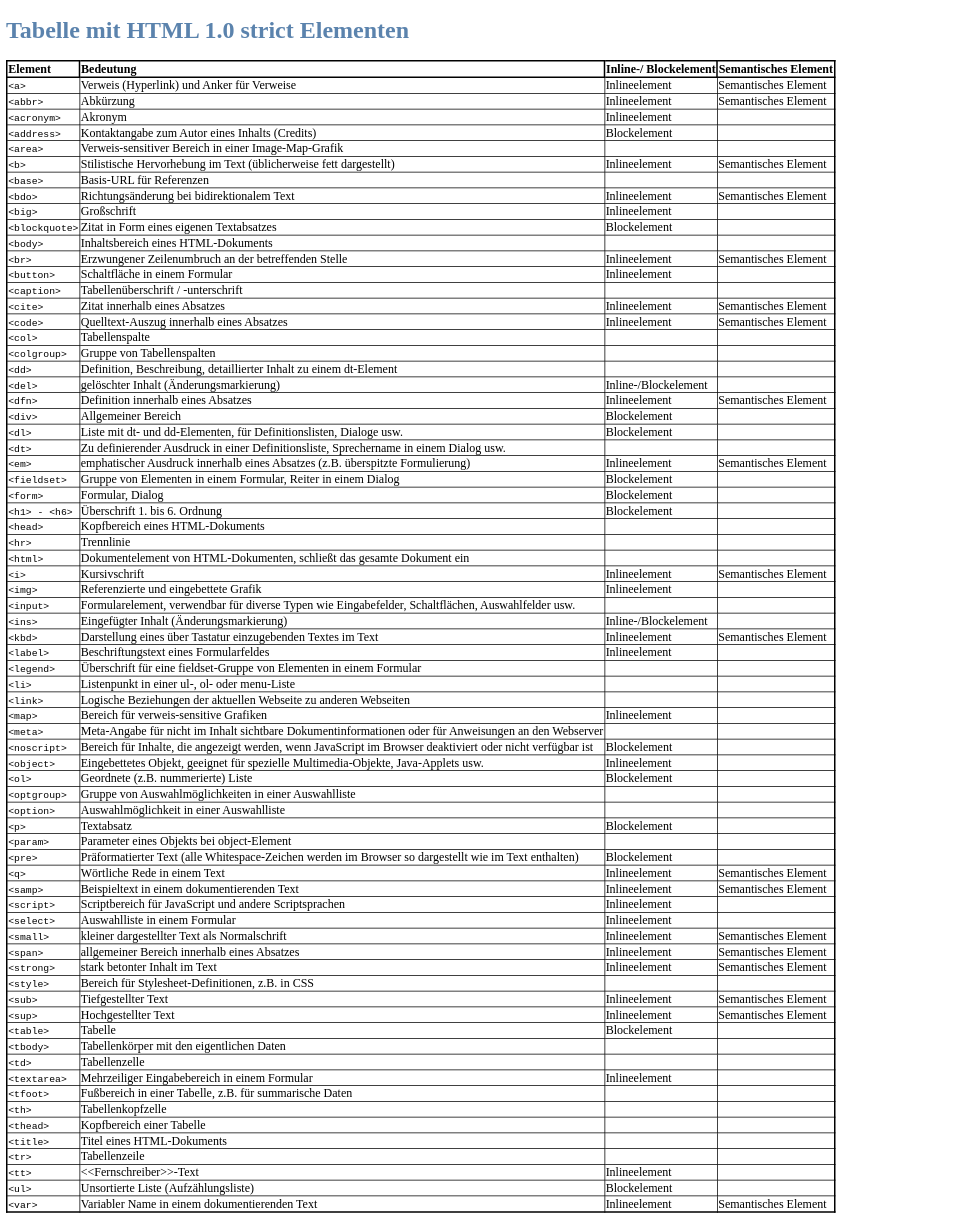
Repository: pLurchi/MyWebengineeringRepo
Page: RemoteSystemsTempFiles/HA-Kapitel06/WebContent/index.html
These files come from the project's save history. The page is drawn as it stood at one moment and after the next save; the edit follows.
The browser window is 1280 px wide. The pictures show the whole page, at 75% of full size.

Above is the page before, as saved 2013-11-28 19:13:21.

### RemoteSystemsTempFiles/HA-Kapitel06/WebContent/index.html
<?xml version="1.0" encoding="UTF-8" ?>
<!DOCTYPE html PUBLIC "-//W3C//DTD XHTML 1.0 Strict//EN" "http://www.w3.org/TR/xhtml1/DTD/xhtml1-strict.dtd">
<html xmlns="http://www.w3.org/1999/xhtml">
<head>
<meta http-equiv="Content-Type" content="text/html; charset=UTF-8" />
<link type="text/css" rel="stylesheet" href="CSS/stylesheet.css" />

<title>HA-Kapitel06</title>
</head>
<body>

	<h1>Tabelle mit HTML 1.0 strict Elementen</h1>

	<table class="wiki-content-table">
		<colgroup>
    		<col width="1*">
    		<col width="3*">
    		<col width="1*">
		    <col width="1*">
  		</colgroup>
		<tr>
			<th>Element</th>
			<th>Bedeutung</th>
			<th>Inline-/ Blockelement</th>
			<th>Semantisches Element</th>
		</tr>

		<tr>
			<td><tt>&lt;a&gt;</tt></td>
			<td>Verweis (Hyperlink) und Anker für Verweise</td>
			<td>Inlineelement</td>
			<td>Semantisches Element</td>
		</tr>
		<tr>
			<td><tt>&lt;abbr&gt;</tt></td>
			<td>Abkürzung</td>
			<td>Inlineelement</td>
			<td>Semantisches Element</td>
		</tr>
		<tr>
			<td><tt>&lt;acronym&gt;</tt></td>
			<td>Akronym</td>
			<td>Inlineelement</td>
			<td></td>
		</tr>
		<tr>
			<td><tt>&lt;address&gt;</tt></td>
			<td>Kontaktangabe zum Autor eines Inhalts (Credits)</td>
			<td>Blockelement</td>
			<td></td>
		</tr>
		<tr>
			<td><tt>&lt;area&gt;</tt></td>
			<td>Verweis-sensitiver Bereich in einer Image-Map-Grafik</td>
			<td></td>
			<td></td>
		</tr>
		<tr>
			<td><tt>&lt;b&gt;</tt></td>
			<td>Stilistische Hervorhebung im Text (üblicherweise fett dargestellt)</td>
			<td>Inlineelement</td>
			<td>Semantisches Element</td>
		</tr>
		<tr>
			<td><tt>&lt;base&gt;</tt></td>
			<td>Basis-URL für Referenzen</td>
			<td></td>
			<td></td>
		</tr>
		<tr>
			<td><tt>&lt;bdo&gt;</tt></td>
			<td>Richtungsänderung bei bidirektionalem Text</td>
			<td>Inlineelement</td>
			<td>Semantisches Element</td>
		</tr>
		<tr>
			<td><tt>&lt;big&gt;</tt></td>
			<td>Großschrift</td>
			<td>Inlineelement</td>
			<td></td>
		</tr>
		<tr>
			<td><tt>&lt;blockquote&gt;</tt></td>
			<td>Zitat in Form eines eigenen Textabsatzes</td>
			<td>Blockelement</td>
			<td></td>
		</tr>
		<tr>
			<td><tt>&lt;body&gt;</tt></td>
			<td>Inhaltsbereich eines HTML-Dokuments</td>
			<td></td>
			<td></td>
		</tr>
		<tr>
			<td><tt>&lt;br&gt;</tt></td>
			<td>Erzwungener Zeilenumbruch an der betreffenden Stelle</td>
			<td>Inlineelement</td>
			<td>Semantisches Element</td>
		</tr>
		<tr>
			<td><tt>&lt;button&gt;</tt></td>
			<td>Schaltfläche in einem Formular</td>
			<td>Inlineelement</td>
			<td></td>
		</tr>
		<tr>
			<td><tt>&lt;caption&gt;</tt></td>
			<td>Tabellenüberschrift / -unterschrift</td>
			<td></td>
			<td></td>
		</tr>
		<tr>
			<td><tt>&lt;cite&gt;</tt></td>
			<td>Zitat innerhalb eines Absatzes</td>
			<td>Inlineelement</td>
			<td>Semantisches Element</td>
		</tr>
		<tr>
			<td><tt>&lt;code&gt;</tt></td>
			<td>Quelltext-Auszug innerhalb eines Absatzes</td>
			<td>Inlineelement</td>
			<td>Semantisches Element</td>
		</tr>
		<tr>
			<td><tt>&lt;col&gt;</tt></td>
			<td>Tabellenspalte</td>
			<td></td>
			<td></td>
		</tr>
		<tr>
			<td><tt>&lt;colgroup&gt;</tt></td>
			<td>Gruppe von Tabellenspalten</td>
			<td></td>
			<td></td>
		</tr>
		<tr>
			<td><tt>&lt;dd&gt;</tt></td>
			<td>Definition, Beschreibung, detaillierter Inhalt zu einem dt-Element</td>
			<td></td>
			<td></td>
		</tr>
		<tr>
			<td><tt>&lt;del&gt;</tt></td>
			<td>gelöschter Inhalt (Änderungsmarkierung)</td>
			<td>Inline-/Blockelement</td>
			<td></td>
		</tr>
		<tr>
			<td><tt>&lt;dfn&gt;</tt></td>
			<td>Definition innerhalb eines Absatzes</td>
			<td>Inlineelement</td>
			<td>Semantisches Element</td>
		</tr>
		<tr>
			<td><tt>&lt;div&gt;</tt></td>
			<td>Allgemeiner Bereich</td>
			<td>Blockelement</td>
			<td></td>
		</tr>
		<tr>
			<td><tt>&lt;dl&gt;</tt></td>
			<td>Liste mit dt- und dd-Elementen, für Definitionslisten, Dialoge usw.</td>
			<td>Blockelement</td>
			<td></td>
		</tr>
		<tr>
			<td><tt>&lt;dt&gt;</tt></td>
			<td>Zu definierender Ausdruck in einer Definitionsliste, Sprechername in einem Dialog usw.</td>
			<td></td>
			<td></td>
		</tr>
		<tr>
			<td><tt>&lt;em&gt;</tt></td>
			<td>emphatischer Ausdruck innerhalb eines Absatzes (z.B. überspitzte Formulierung)</td>
			<td>Inlineelement</td>
			<td>Semantisches Element</td>
		</tr>
		<tr>
			<td><tt>&lt;fieldset&gt;</tt></td>
			<td>Gruppe von Elementen in einem Formular, Reiter in einem Dialog</td>
			<td>Blockelement</td>
			<td></td>
		</tr>
		<tr>
			<td><tt>&lt;form&gt;</tt></td>
			<td>Formular, Dialog</td>
			<td>Blockelement</td>
			<td></td>
		</tr>
		<tr>
			<td><tt>&lt;h1&gt; - &lt;h6&gt;</tt></td>
			<td>Überschrift 1. bis 6. Ordnung</td>
			<td>Blockelement</td>
			<td></td>
		</tr>
		<tr>
			<td><tt>&lt;head&gt;</tt></td>
			<td>Kopfbereich eines HTML-Dokuments</td>
			<td></td>
			<td></td>
		</tr>
		<tr>
			<td><tt>&lt;hr&gt;</tt></td>
			<td>Trennlinie</td>
			<td></td>
			<td></td>
		</tr>
		<tr>
			<td><tt>&lt;html&gt;</tt></td>
			<td>Dokumentelement von HTML-Dokumenten, schließt das gesamte Dokument ein</td>
			<td></td>
			<td></td>
		</tr>
		<tr>
			<td><tt>&lt;i&gt;</tt></td>
			<td>Kursivschrift</td>
			<td>Inlineelement</td>
			<td>Semantisches Element</td>
		</tr>
		<tr>
			<td><tt>&lt;img&gt;</tt></td>
			<td>Referenzierte und eingebettete Grafik</td>
			<td>Inlineelement</td>
			<td></td>
		</tr>
		<tr>
			<td><tt>&lt;input&gt;</tt></td>
			<td>Formularelement, verwendbar für diverse Typen wie Eingabefelder, Schaltflächen, Auswahlfelder usw.</td>
			<td></td>
			<td></td>
		</tr>
		<tr>
			<td><tt>&lt;ins&gt;</tt></td>
			<td>Eingefügter Inhalt (Änderungsmarkierung)</td>
			<td>Inline-/Blockelement</td>
			<td></td>
		</tr>
		<tr>
			<td><tt>&lt;kbd&gt;</tt></td>
			<td>Darstellung eines über Tastatur einzugebenden Textes im Text</td>
			<td>Inlineelement</td>
			<td>Semantisches Element</td>
		</tr>
		<tr>
			<td><tt>&lt;label&gt;</tt></td>
			<td>Beschriftungstext eines Formularfeldes</td>
			<td>Inlineelement</td>
			<td></td>
		</tr>
		<tr>
			<td><tt>&lt;legend&gt;</tt></td>
			<td>Überschrift für eine fieldset-Gruppe von Elementen in einem Formular</td>
			<td></td>
			<td></td>
		</tr>
		<tr>
			<td><tt>&lt;li&gt;</tt></td>
			<td>Listenpunkt in einer ul-, ol- oder menu-Liste</td>
			<td></td>
			<td></td>
		</tr>
		<tr>
			<td><tt>&lt;link&gt;</tt></td>
			<td>Logische Beziehungen der aktuellen Webseite zu anderen Webseiten</td>
			<td></td>
			<td></td>
		</tr>
		<tr>
			<td><tt>&lt;map&gt;</tt></td>
			<td>Bereich für verweis-sensitive Grafiken</td>
			<td>Inlineelement</td>
			<td></td>
		</tr>
		<tr>
			<td><tt>&lt;meta&gt;</tt></td>
			<td>Meta-Angabe für nicht im Inhalt sichtbare Dokumentinformationen oder für Anweisungen an den Webserver</td>
			<td></td>
			<td></td>
		</tr>
		<tr>
			<td><tt>&lt;noscript&gt;</tt></td>
			<td>Bereich für Inhalte, die angezeigt werden, wenn JavaScript im Browser deaktiviert oder nicht verfügbar ist</td>
			<td>Blockelement</td>
			<td></td>
		</tr>
		<tr>
			<td><tt>&lt;object&gt;</tt></td>
			<td>Eingebettetes Objekt, geeignet für spezielle Multimedia-Objekte, Java-Applets usw.</td>
			<td>Inlineelement</td>
			<td></td>
		</tr>
		<tr>
			<td><tt>&lt;ol&gt;</tt></td>
			<td>Geordnete (z.B. nummerierte) Liste</td>
			<td>Blockelement</td>
			<td></td>
		</tr>
		<tr>
			<td><tt>&lt;optgroup&gt;</tt></td>
			<td>Gruppe von Auswahlmöglichkeiten in einer Auswahlliste</td>
			<td></td>
			<td></td>
		</tr>
		<tr>
			<td><tt>&lt;option&gt;</tt></td>
			<td>Auswahlmöglichkeit in einer Auswahlliste</td>
			<td></td>
			<td></td>
		</tr>
		<tr>
			<td><tt>&lt;p&gt;</tt></td>
			<td>Textabsatz</td>
			<td>Blockelement</td>
			<td></td>
		</tr>
		<tr>
			<td><tt>&lt;param&gt;</tt></td>
			<td>Parameter eines Objekts bei object-Element</td>
			<td></td>
			<td></td>
		</tr>
		<tr>
			<td><tt>&lt;pre&gt;</tt></td>
			<td>Präformatierter Text (alle Whitespace-Zeichen werden im Browser so dargestellt wie im Text enthalten)</td>
			<td>Blockelement</td>
			<td></td>
		</tr>
		<tr>
			<td><tt>&lt;q&gt;</tt></td>
			<td>Wörtliche Rede in einem Text</td>
			<td>Inlineelement</td>
			<td>Semantisches Element</td>
		</tr>
		<tr>
			<td><tt>&lt;samp&gt;</tt></td>
			<td>Beispieltext in einem dokumentierenden Text</td>
			<td>Inlineelement</td>
			<td>Semantisches Element</td>
		</tr>
		<tr>
			<td><tt>&lt;script&gt;</tt></td>
			<td>Scriptbereich für JavaScript und andere Scriptsprachen</td>
			<td>Inlineelement</td>
			<td></td>
		</tr>
		<tr>
			<td><tt>&lt;select&gt;</tt></td>
			<td>Auswahlliste in einem Formular</td>
			<td>Inlineelement</td>
			<td></td>
		</tr>
		<tr>
			<td><tt>&lt;small&gt;</tt></td>
			<td>kleiner dargestellter Text als Normalschrift</td>
			<td>Inlineelement</td>
			<td>Semantisches Element</td>
		</tr>
		<tr>
			<td><tt>&lt;span&gt;</tt></td>
			<td>allgemeiner Bereich innerhalb eines Absatzes</td>
			<td>Inlineelement</td>
			<td>Semantisches Element</td>
		</tr>
		<tr>
			<td><tt>&lt;strong&gt;</tt></td>
			<td>stark betonter Inhalt im Text</td>
			<td>Inlineelement</td>
			<td>Semantisches Element</td>
		</tr>
		<tr>
			<td><tt>&lt;style&gt;</tt></td>
			<td>Bereich für Stylesheet-Definitionen, z.B. in CSS</td>
			<td></td>
			<td></td>
		</tr>
		<tr>
			<td><tt>&lt;sub&gt;</tt></td>
			<td>Tiefgestellter Text</td>
			<td>Inlineelement</td>
			<td>Semantisches Element</td>
		</tr>
		<tr>
			<td><tt>&lt;sup&gt;</tt></td>
			<td>Hochgestellter Text</td>
			<td>Inlineelement</td>
			<td>Semantisches Element</td>
		</tr>
		<tr>
			<td><tt>&lt;table&gt;</tt></td>
			<td>Tabelle</td>
			<td>Blockelement</td>
			<td></td>
		</tr>
		<tr>
			<td><tt>&lt;tbody&gt;</tt></td>
			<td>Tabellenkörper mit den eigentlichen Daten</td>
			<td></td>
			<td></td>
		</tr>
		<tr>
			<td><tt>&lt;td&gt;</tt></td>
			<td>Tabellenzelle</td>
			<td></td>
			<td></td>
		</tr>
		<tr>
			<td><tt>&lt;textarea&gt;</tt></td>
			<td>Mehrzeiliger Eingabebereich in einem Formular</td>
			<td>Inlineelement</td>
			<td></td>
		</tr>
		<tr>
			<td><tt>&lt;tfoot&gt;</tt></td>
			<td>Fußbereich in einer Tabelle, z.B. für summarische Daten</td>
			<td></td>
			<td></td>
		</tr>
		<tr>
			<td><tt>&lt;th&gt;</tt></td>
			<td>Tabellenkopfzelle</td>
			<td></td>
			<td></td>
		</tr>
		<tr>
			<td><tt>&lt;thead&gt;</tt></td>
			<td>Kopfbereich einer Tabelle</td>
			<td></td>
			<td></td>
		</tr>
		<tr>
			<td><tt>&lt;title&gt;</tt></td>
			<td>Titel eines HTML-Dokuments</td>
			<td></td>
			<td></td>
		</tr>
		<tr>
			<td><tt>&lt;tr&gt;</tt></td>
			<td>Tabellenzeile</td>
			<td></td>
			<td></td>
		</tr>
		<tr>
			<td><tt>&lt;tt&gt;</tt></td>
			<td>&lt;&lt;Fernschreiber&gt;&gt;-Text</td>
			<td>Inlineelement</td>
			<td></td>
		</tr>
		<tr>
			<td><tt>&lt;ul&gt;</tt></td>
			<td>Unsortierte Liste (Aufzählungsliste)</td>
			<td>Blockelement</td>
			<td></td>
		</tr>
		<tr>
			<td><tt>&lt;var&gt;</tt></td>
			<td>Variabler Name in einem dokumentierenden Text</td>
			<td>Inlineelement</td>
			<td>Semantisches Element</td>
		</tr>
	</table>


</body>
</html>

### RemoteSystemsTempFiles/HA-Kapitel06/WebContent/CSS/stylesheet.css
@CHARSET "UTF-8";

/*Main Stylesheet of Web Eng G1 */



h1 {
	color: #5B83AD;
}

table {
	border: 2px solid black;
	border-collapse:collapse;
}

th {
	border: 2px solid black;
	text-align: left;
	vertical-align:top;
}

td {
	border: 1px solid black;
	text-align: left;
	vertical-align:top;
}

After the next save:
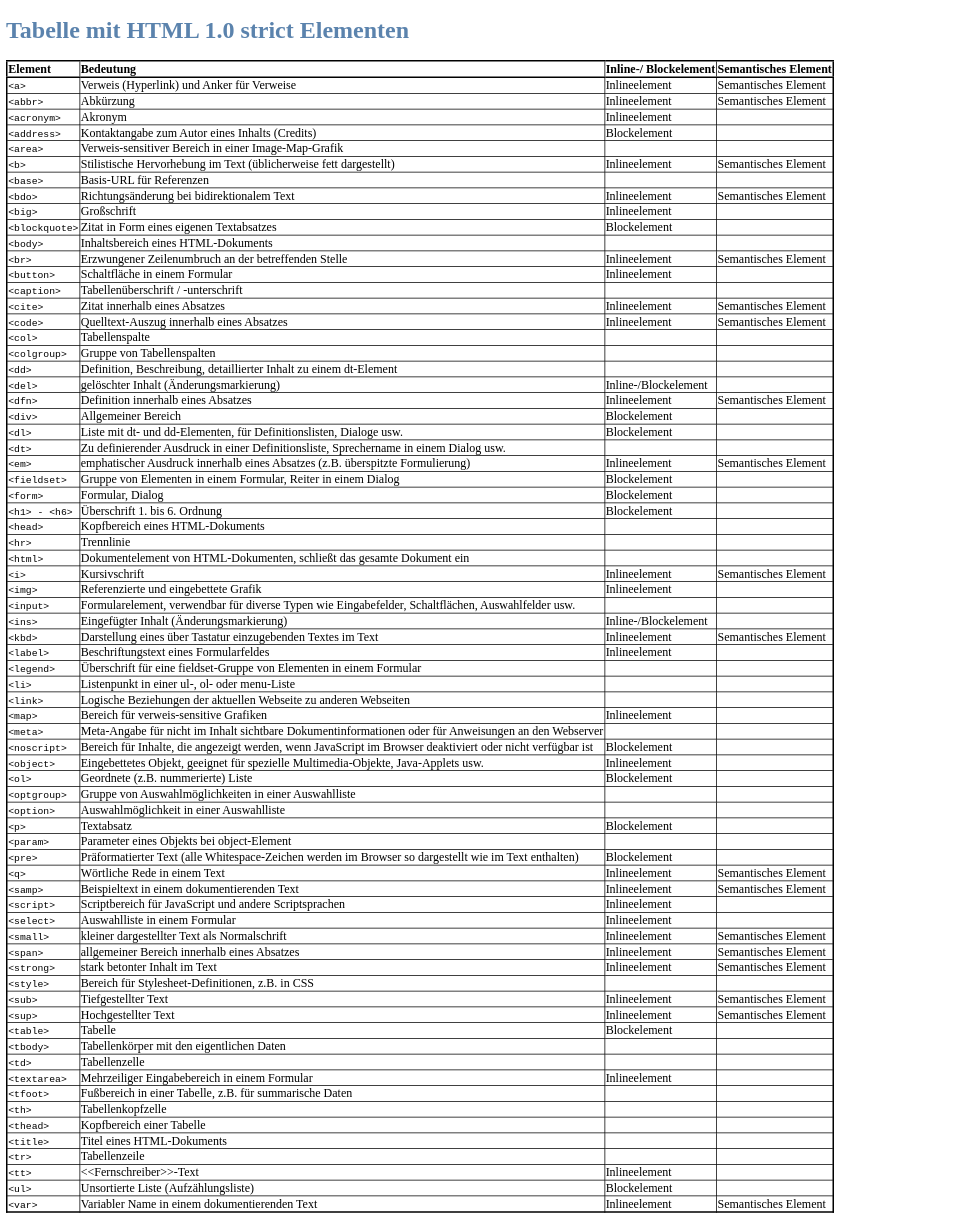
Saved 30 min 59 s later.
--- a/RemoteSystemsTempFiles/HA-Kapitel06/WebContent/CSS/stylesheet.css
+++ b/RemoteSystemsTempFiles/HA-Kapitel06/WebContent/CSS/stylesheet.css
@@ -15,6 +15,8 @@ table {
 
 th {
 	border: 2px solid black;
+	border-left: 1px solid black;
+	border-right: 1px solid black;
 	text-align: left;
 	vertical-align:top;
 }
